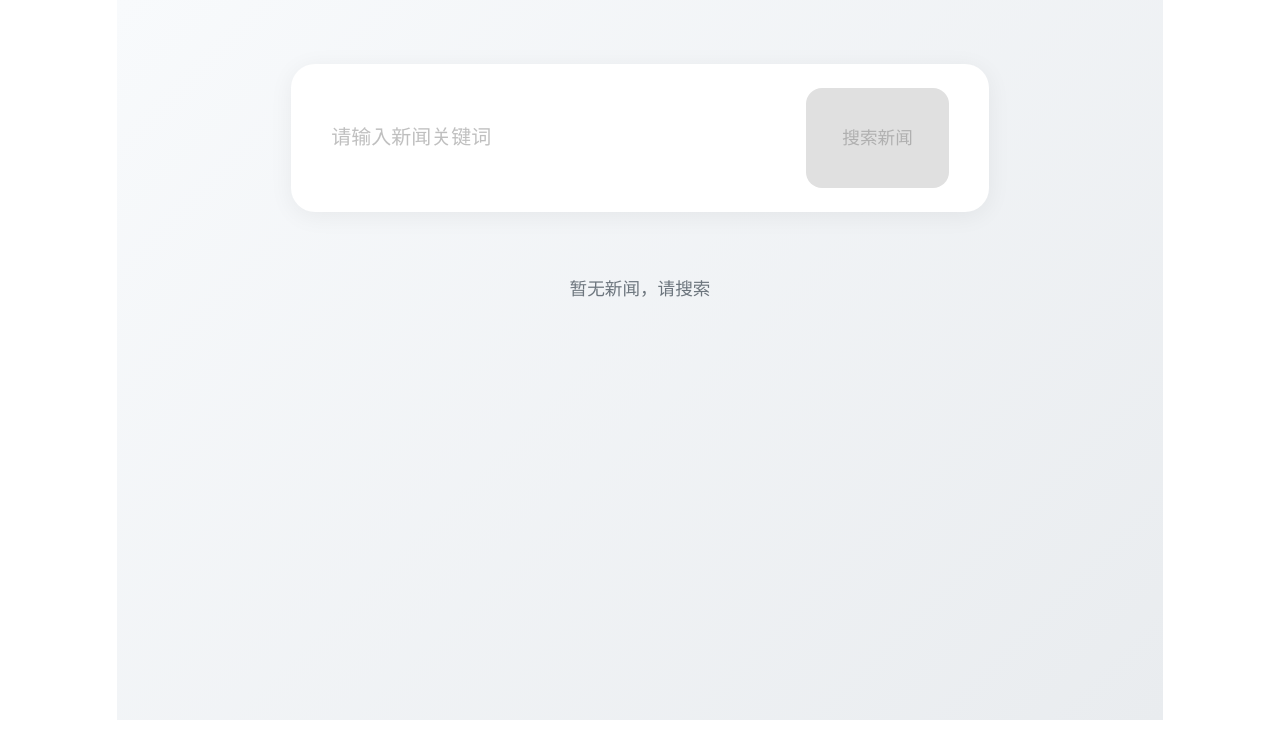
Repository: XJN7197/NewsAssistantBaseMCP
Page: / (app in frontend/)
An editor plug-in stored every save of this project. The page is shown before and after the next save, followed by the edit.
The browser window is 1280 px wide. The pictures show the whole page.
The project was rebuilt for these pictures with package versions that can differ from the ones it lists, and the page was loaded fresh each time. Also part of the build but not shown: frontend/vite.config.ts.

Above is the page before, as saved 2025-05-22 23:25:08.

### frontend/src/App.tsx
import { useState } from 'react'
import Home from './pages/Home'
import './App.css'

function App() {

  return (
    <>
      <Home/>
    </>
  )
}

export default App

### frontend/src/pages/Home.tsx
import React, { useState } from 'react';
import { List, Checkbox, Button as AntButton, Input, Spin, Modal, Typography, Dropdown } from 'antd'; // Ant Design 组件导入
import 'antd/dist/reset.css'; // 导入 Ant Design 样式
import ReactMarkdown from 'react-markdown';
import remarkGfm from 'remark-gfm';
import styles from './Home.module.css'
import { mockNewsData } from '../mock/newsData'
import { mockReportData } from '../mock/reportData'

// 假设你有这些组件，后续可单独实现
// import NewsSearch from '../components/NewsSearch'
// import NewsCardList from '../components/NewsCardList'
// import AnalyzeButton from '../components/AnalyzeButton'
// import ReportModal from '../components/ReportModal'

const { Title, Text, Link } = Typography;

const Home: React.FC = () => {
  // 搜索关键词
  const [keyword, setKeyword] = useState('')
  // 新闻列表
  const [newsList, setNewsList] = useState<any[]>([])
  // 选中的新闻项
  const [selectedNews, setSelectedNews] = useState<Set<number>>(new Set());
  // 是否正在加载
  const [loading, setLoading] = useState(false)
  // 分析报告内容
  const [report, setReport] = useState<string | null>(null)
  // 控制报告弹窗显示
  const [showReport, setShowReport] = useState(false)

  // 下载报告处理函数
  const handleDownload = () => {
    if (!report) return;

    const timestamp = new Date().toISOString().replace(/[:.]/g, '-');
    const content = report;
    const fileName = `舆情分析报告_${timestamp}.md`;
    const blob = new Blob([content], { type: 'text/plain;charset=utf-8' });
    const url = window.URL.createObjectURL(blob);
    const link = document.createElement('a');
    link.href = url;
    link.download = fileName;
    document.body.appendChild(link);
    link.click();
    document.body.removeChild(link);
    window.URL.revokeObjectURL(url);
  };

  // 搜索新闻
  const handleSearch = async () => {
    setLoading(true)
    setNewsList([]); // 清空旧的新闻列表
    setReport(null); // 清空旧的报告
    setShowReport(false); // 关闭报告弹窗

    try {
      let data;

      // 根据环境变量决定是否使用mock数据
      if (import.meta.env.VITE_USE_MOCK_NEWS === 'true') {
        // 使用mock数据
        await new Promise(resolve => setTimeout(resolve, 1000)); // 模拟延迟
        data = mockNewsData;
      } else {
        // 使用实际API
        const response = await fetch('http://localhost:8000/search', {
          method: 'POST',
          headers: {
            'Content-Type': 'application/json',
          },
          body: JSON.stringify({ keyword: keyword }),
        });

        if (!response.ok) {
          throw new Error(`HTTP error! status: ${response.status}`);
        }

        data = await response.json();
      }

      // 检查返回的数据结构，确保有 news_list 字段
      if (data && data.news_list) {
        console.log("获取到的新闻数据:", data.news_list);
        // 初始化选中状态，默认全部选中
        const initialNewsList = data.news_list.map((news: any, index: number) => ({ ...news, id: index })); // selected 属性由 selectedNews Set 管理
        setNewsList(initialNewsList);
        const initialSelected = new Set<number>(initialNewsList.map((news: any) => news.id));
        setSelectedNews(initialSelected);
      } else {
        setNewsList([{ error: '未获取到新闻数据或数据格式不正确' }]);
      }

    } catch (error) {
      console.error("搜索新闻失败:", error);
      setNewsList([{ error: `搜索新闻失败: ${error}` }]);
    } finally {
      setLoading(false);
    }
  }

  // 分析新闻
  const handleAnalyze = async () => {
    setLoading(true);
    setReport(null); // 清空旧的报告
    setShowReport(true); // Show modal immediately

    // 过滤出选中的新闻
    const newsToAnalyze = newsList.filter(news => selectedNews.has(news.id));

    if (newsToAnalyze.length === 0) {
        setReport("没有新闻内容可供分析。");
        setLoading(false);
        return;
    }

    try {
      let data;

      // 根据环境变量决定是否使用mock数据
      if (import.meta.env.VITE_USE_MOCK_REPORT === 'true') {
        // 使用mock数据
        await new Promise(resolve => setTimeout(resolve, 1000)); // 模拟延迟
        data = mockReportData;
      } else {
        // 使用实际API
        const response = await fetch('http://localhost:8000/analyze', {
          method: 'POST',
          headers: {
            'Content-Type': 'application/json',
          },
          body: JSON.stringify({ news_list: newsToAnalyze }),
        });

        if (!response.ok) {
          throw new Error(`HTTP error! status: ${response.status}`);
        }

        data = await response.json();
      }

      // 检查返回的数据结构，确保有 report 字段
      if (data && data.report) {
        console.log("获取到的分析报告:", data.report);
        setReport(data.report);
      } else {
        setReport("未获取到分析报告或报告格式不正确");
      }

    } catch (error) {
      console.error("分析新闻失败:", error);
      setReport(`分析新闻失败: ${error}`);
    } finally {
      setLoading(false);
    }
  }



  return (
    <div className={styles['home-container']}>
      {/* 搜索栏 - 使用 Ant Design 组件 */}
      <div className={styles['search-bar']}>
        <Input
          placeholder="请输入新闻关键词"
          value={keyword}
          onChange={e => setKeyword(e.target.value)}
          onPressEnter={handleSearch} // 支持回车搜索
          style={{ flex: 1, fontSize: '1.25rem', padding: '12px 0' }} // 保持原有部分样式
        />
        <AntButton
          type="primary"
          onClick={handleSearch}
          loading={loading}
          disabled={!keyword}
          style={{ borderRadius: '16px', padding: '14px 36px', fontSize: '1.1rem', fontWeight: 500 }} // 保持原有部分样式
        >
          搜索新闻
        </AntButton>
      </div>

      {/* 新闻列表 - 使用 Ant Design List 组件 */}
      <div className={styles['news-list-container']}> {/* 新增一个容器来控制 List 的宽度和间距 */}
        {loading && newsList.length === 0 && <div style={{ textAlign: 'center', padding: '40px 0' }}><Spin size="large" /></div>}
        {!loading && newsList.length === 0 && <div style={{ textAlign: 'center', color: '#6c757d', fontSize: '1.1rem', padding: '40px 0' }}>暂无新闻，请搜索</div>}
        {newsList.length > 0 && newsList[0].error && (
          <div className={styles['error-message']}>{newsList[0].error}</div>
        )}
        {newsList.length > 0 && !newsList[0].error && (
          <List
            itemLayout="horizontal"
            dataSource={newsList}
            renderItem={item => {
              const onItemChange = (e: any) => {
                setSelectedNews(prevSelected => {
                  const newSelected = new Set(prevSelected);
                  if (e.target.checked) {
                    newSelected.add(item.id);
                  } else {
                    newSelected.delete(item.id);
                  }
                  return newSelected;
                });
              };
              return (
                <List.Item
                  actions={[
                    <Link href={item.url} target="_blank" rel="noopener noreferrer">阅读原文</Link>
                  ]}
                  style={{ background: '#fff', borderRadius: '12px', marginBottom: '16px', padding: '20px', boxShadow: '0 2px 12px 0 rgba(0,0,0,0.05)' }}
                >
                  <List.Item.Meta
                    avatar={<Checkbox checked={selectedNews.has(item.id)} onChange={onItemChange} style={{paddingRight: '10px'}}/>}
                    title={<Title level={5} style={{ margin: 0, fontSize: '1.3rem', fontWeight: 600, color: '#1d1d1f' }}>{item.title}</Title>}
                    description={<Text type="secondary" style={{ fontSize: '1rem', lineHeight: 1.6, display: '-webkit-box', WebkitLineClamp: 3, WebkitBoxOrient: 'vertical', overflow: 'hidden', textOverflow: 'ellipsis' }}>{item.desc}</Text>}
                  />
                </List.Item>
              );
            }}
          />
        )}
      </div>

      {/* 一键分析按钮 - 使用 Ant Design Button */}
      {newsList.length > 0 && !newsList[0].error && (
        <div className={styles['analyze-btn']}>
          <AntButton
            type="primary"
            onClick={handleAnalyze}
            loading={loading}
            disabled={selectedNews.size === 0}
            style={{ borderRadius: '16px', padding: '16px 48px', fontSize: '1.2rem', fontWeight: 600, background: 'linear-gradient(90deg, #34e89e 0%, #0f3443 100%)' }} // 保持原有部分样式
          >
            一键舆情分析
          </AntButton>
        </div>
      )}

      {/* 分析报告弹窗 - 使用 Ant Design Modal */}
      <Modal
        title={<Title level={3} style={{ textAlign: 'center', marginBottom: 0 }}>舆情分析报告</Title>}
        open={showReport}
        onCancel={() => setShowReport(false)}
        footer={[
          <AntButton
            key="download"
            onClick={handleDownload}
            disabled={!report}
            style={{ borderRadius: '12px', marginRight: '8px' }}
          >
            下载报告
          </AntButton>,
          <AntButton key="close" type="primary" onClick={() => setShowReport(false)} style={{ borderRadius: '12px' }}>
            关闭
          </AntButton>
        ]}
        width="60vw"
        styles={{ body: { maxHeight: '70vh', overflowY: 'auto', background: '#fff', padding: '24px 40px' } }}
      >
        {loading && !report ? (
          <div style={{ textAlign: 'center', padding: '40px 0' }}>
            <Spin size="large" tip="分析报告生成中..." />
          </div>
        ) : report ? (
          <ReactMarkdown remarkPlugins={[remarkGfm]}>{report}</ReactMarkdown>
        ) : (
          <Text>报告生成中或无内容...</Text>
        )}
      </Modal>
    </div>
  )
}

export default Home

### frontend/src/pages/Home.module.css
.home-container {
  min-height: 100vh;
  background: linear-gradient(135deg, #f8fafc 0%, #e9ecef 100%);
  display: flex;
  flex-direction: column;
  align-items: center;
  padding: 64px 0 48px 0; /* 调整了上下padding，左右padding设为0，因为内容区会通过max-width控制 */
  font-family: -apple-system, BlinkMacSystemFont, "Segoe UI", Roboto, "Helvetica Neue", Arial, "PingFang SC", "Hiragino Sans GB", "Microsoft YaHei", sans-serif;
}

.search-bar {
  display: flex;
  align-items: center;
  gap: 24px; /* 增加了元素间距 */
  background: #fff;
  border-radius: 24px; /* 更大的圆角 */
  box-shadow: 0 4px 24px 0 rgba(0,0,0,0.06); /* 更柔和的阴影 */
  padding: 24px 40px; /* 增加了内边距 */
  margin-bottom: 24px; /* 减小了与下方元素的间距 */
  width: 66.66%; /* 宽度固定为视口宽度的2/3 */
  /* height: 250px; 高度固定为250px */
  max-width: none; /* 移除最大宽度限制 */
}

.search-bar input[type="text"] {
  flex: 1;
  width: 800px;
  border: none;
  outline: none;
  font-size: 1.25rem; /* 稍大字体 */
  background: transparent;
  color: #222;
  padding: 12px 0; /* 增加了输入框的垂直padding */
}

.search-bar button {
  height: 100px;
  background: linear-gradient(90deg, #007aff 0%, #00c6fb 100%);
  color: #fff;
  border: none;
  border-radius: 16px; /* 更大的圆角 */
  padding: 14px 36px; /* 增加了按钮padding */
  font-size: 1.1rem; /* 稍大字体 */
  font-weight: 500;
  cursor: pointer;
  transition: background 0.2s, box-shadow 0.2s;
  box-shadow: 0 4px 16px 0 rgba(0,122,255,0.10); /* 按钮阴影 */
}

.search-bar button:disabled {
  background: #e0e0e0;
  color: #b0b0b0;
  cursor: not-allowed;
  box-shadow: none;
}

.news-list-container { /* Renamed from .news-list */
  width: 66.66%; /* 宽度固定为视口宽度的2/3 */
  /* height: 1500px; 高度固定为1500px */
  flex-grow: 1;
  max-width: none; /* 移除最大宽度限制 */
  margin-bottom: 40px;
  min-height: 180px; /* 最小高度，避免内容过少时塌陷 */
  display: flex;
  flex-direction: column;
  gap: 24px; /* 新闻卡片之间的间距 */
  overflow-y: auto; /* 添加垂直滚动 */
  /* 可以在这里添加新闻卡片的样式，或者为新闻卡片组件单独创建样式文件 */
}

/* 针对 news-list 中暂无新闻的提示文本样式 */
.news-list > div {
  color: #6c757d; /* 柔和的提示文字颜色 */
  font-size: 1.1rem;
  text-align: center;
  padding: 40px 0;
}

/* Styles for .news-card, .checkbox-container, .news-content, .news-title, .news-desc, .news-link are removed as Ant Design components handle them */

/* 错误消息样式 */
.error-message {
  color: #dc3545; /* 红色错误提示 */
  font-size: 1.1rem;
  text-align: center;
  padding: 40px 0;
}


.analyze-btn {
  margin-bottom: 32px;
}

.analyze-btn button {
  background: linear-gradient(90deg, #34e89e 0%, #0f3443 100%); /* 保持了之前的渐变色 */
  color: #fff;
  border: none;
  border-radius: 16px; /* 更大的圆角 */
  padding: 16px 48px; /* 增加了按钮padding */
  font-size: 1.2rem; /* 稍大字体 */
  font-weight: 600;
  cursor: pointer;
  transition: background 0.2s, box-shadow 0.2s;
  box-shadow: 0 4px 16px 0 rgba(52,232,158,0.10); /* 按钮阴影 */
}

.analyze-btn button:disabled {
  background: #e0e0e0;
  color: #b0b0b0;
  cursor: not-allowed;
  box-shadow: none;
}

/* Styles for .report-modal and its children are removed as Ant Design Modal component handles them */

### frontend/src/mock/newsData.ts
export const mockNewsData = {
    news_list: [
      {
        title: "Qwen引领AI前端技术革新：深度解析一句话开发网页的突破_模型_行业_创新",
        desc: "在人工智能快速发展的2025年，来自量子位的最新报道显示，AI技术正迎来前所未有的革新，尤其是在前端开发领域。由Qwen推出的“AI前端工程师”WebDev工具，以...",
        url: "https://news.sohu.com/a/893821748_121924584"
      },
      {
        title: "谷歌推Gemini2.5Pro模型，AI 助力前端开发与复杂编程",
        desc: "谷歌推Gemini2.5Pro模型#，AI 助力前端开发与复杂编程】5 月7 日消息，科技媒体The Decoder 昨日（5 月6 日）发布博文，报道称谷歌为预热今年的I/O...",
        url: "https://news.sina.com.cn/external/car/2025-05-07/doc-inevtine1324735.shtml"
      },
      {
        title: "前端程序员请注意！首个截图就能生成现代前端代码的AI来了 | 已开源",
        desc: "现在截图生成代码，已经来到了一个新高度——. ⾸个⾯向现代前端代码⽣成的多模态⼤模型解决⽅案，来了！ 而且是开源的那种。 前端程序员请注意！首个截图就能...",
        url: "https://www.qbitai.com/2025/02/258521.html"
      },
      {
        title: "AI包办79%代码，程序员饭碗不保，前端开发要凉，人类只配改Bug？",
        desc: "编码助手更偏向自动化。有79%的Claude Code对话可以被归为「自动化」，即AI直接完成任务，而不是与人类协作「增强」。相比之下，Claude.ai的对话中只有49%是...",
        url: "https://m.36kr.com/p/3271134281245063"
      },
      {
        title: "武汉烽火申请前后端协同开发方法专利，大大降低前后端耦合度",
        desc: "本文源自:金融界. 金融界2025年5月15日消息，国家知识产权局信息显示，武汉烽火信息集成技术有限公司申请一项名为“前后端协同开发方法、装置、设备及可...",
        url: "https://cj.sina.cn/articles/view/1704103183/65928d0f02007wlqg?froms=ggmp"
      }
    ]
  };

### frontend/src/mock/reportData.ts
// 模拟舆情分析报告数据
export const mockReportData = {
  report: `
  **分析时间：** 2025-05-22 20:48:32

  ---

  ## 📥 原始新闻内容

  ### 新闻1
  - **标题**: Qwen引领AI前端技术革新：深度解析一句话开发网页的突破_模型_行业_创新
  - **描述**: 在人工智能快速发展的2025年，来自量子位的最新报道显示，AI技术正迎来前所未有的革新，尤其是在前端开发领域。由Qwen推出的“AI前端工程师”WebDev工具，以...
  - **链接**: https://news.sohu.com/a/893821748_121924584

  ### 新闻2
  - **标题**: 谷歌推Gemini2.5Pro模型，AI 助力前端开发与复杂编程
  - **描述**: 谷歌推Gemini2.5Pro模型#，AI 助力前端开发与复杂编程】5 月7 日消息，科技媒体The Decoder 昨日（5 月6 日）发布博文，报道称谷歌为预热今年的I/O...
  - **链接**: https://news.sina.com.cn/external/car/2025-05-07/doc-inevtine1324735.shtml

  ### 新闻3
  - **标题**: 前端程序员请注意！首个截图就能生成现代前端代码的AI来了 | 已开源
  - **描述**: 现在截图生成代码，已经来到了一个新高度——. ⾸个⾯向现代前端代码⽣成的多模态⼤模型解决⽅案，来了！ 而且是开源的那种。 前端程序员请注意！首个截图就能...
  - **链接**: https://www.qbitai.com/2025/02/258521.html

  ### 新闻4
  - **标题**: AI包办79%代码，程序员饭碗不保，前端开发要凉，人类只配改Bug？
  - **描述**: 编码助手更偏向自动化。有79%的Claude Code对话可以被归为「自动化」，即AI直接完成任务，而不是与人类协作「增强」。相比之下，Claude.ai的对话中只有49%是...
  - **链接**: https://m.36kr.com/p/3271134281245063

  ### 新闻5
  - **标题**: 武汉烽火申请前后端协同开发方法专利，大大降低前后端耦合度
  - **描述**: 本文源自:金融界. 金融界2025年5月15日消息，国家知识产权局信息显示，武汉烽火信息集成技术有限公司申请一项名为“前后端协同开发方法、装置、设备及可...
  - **链接**: https://cj.sina.cn/articles/view/1704103183/65928d0f02007wlqg?froms=ggmp

  ---

  ## 📊 分析结果

  ### 舆情分析报告
  **日期**：2025年5月
  **分析范围**：五篇关于AI与前端开发的新闻

  ---

  #### **一、情绪倾向分析**
  | 新闻编号 | 情绪倾向 | 原因说明 |
  |----------|----------|----------|
  | **新闻1** | **正面** | 强调Qwen的“革新”“突破”等词汇，突出AI技术对前端开发的赋能，传递积极创新信号。 |
  | **新闻2** | **正面** | 谷歌推出新模型推动“AI助力前端开发”，体现技术迭代的行业趋势，语气温和但积极。 |
  | **新闻3** | **正面** | 聚焦“首个截图生成代码”“开源”等关键词，展示AI工具的实用性和开放性，引发开发者关注。 |
  | **新闻4** | **负面** | 标题直接使用“饭碗不保”“要凉”等强烈词汇，讨论AI对程序员职业的冲击，情绪偏担忧。 |
  | **新闻5** | **正面** | 武汉烽火的专利申请聚焦“降低耦合度”技术优化，体现行业对效率提升的关注，属中性积极技术报道。 |

  ---

  #### **二、舆情总结**
  1. **技术革新主导正面情绪**
     - 多篇新闻聚焦AI在前端开发中的创新应用（如Qwen、Gemini2.5Pro、开源工具），强调效率提升、自动化开发等优势，反映行业对AI技术的期待与认可。
     - 专利申请（新闻5）进一步表明企业对技术优化的重视，传递积极发展趋势。

  2. **负面情绪集中于就业风险**
     - 新闻4通过“79%代码由AI包办”“程序员饭碗不保”等表述，引发对AI替代人力的焦虑，负面情绪显著，但未否认技术价值。

  3. **行业矛盾与机遇并存**
     - 正面报道多关注技术突破，负面内容则反映人类与AI协作模式的争议，整体呈现“技术进步”与“职业担忧”的双重叙事。

  ---

  #### **三、建议**
  - **技术开发者**：关注AI工具的开源与迭代（如新闻3），同时提升复合技能以适应自动化趋势。
  - **企业与政策制定者**：平衡技术应用与就业保障，推动人机协作模式的探索。
  - **媒体传播**：客观呈现AI对行业的赋能与挑战，避免过度渲染负面情绪。

  **结论**：当前舆情以技术革新为核心积极主题，但需警惕AI对职业结构的潜在冲击，行业需在创新与人文关怀间寻求平衡。
`
}

Loaded but not shown: frontend/index.html (common file); frontend/src/main.tsx (common file); frontend/src/index.css (common file); frontend/src/App.css (common file)

After the next save:
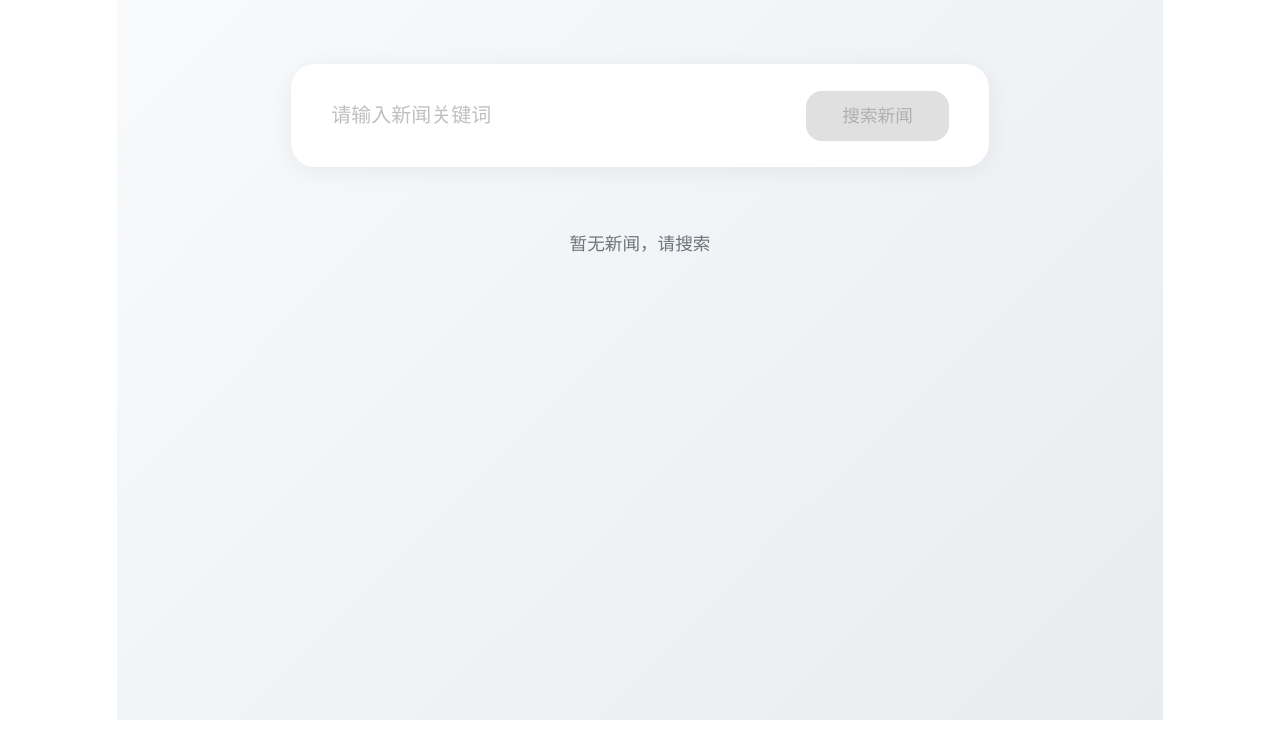
Saved 7 s later.
--- a/frontend/src/pages/Home.module.css
+++ b/frontend/src/pages/Home.module.css
@@ -34,7 +34,7 @@
 }
 
 .search-bar button {
-  height: 100px;
+  height: 50px;
   background: linear-gradient(90deg, #007aff 0%, #00c6fb 100%);
   color: #fff;
   border: none;
